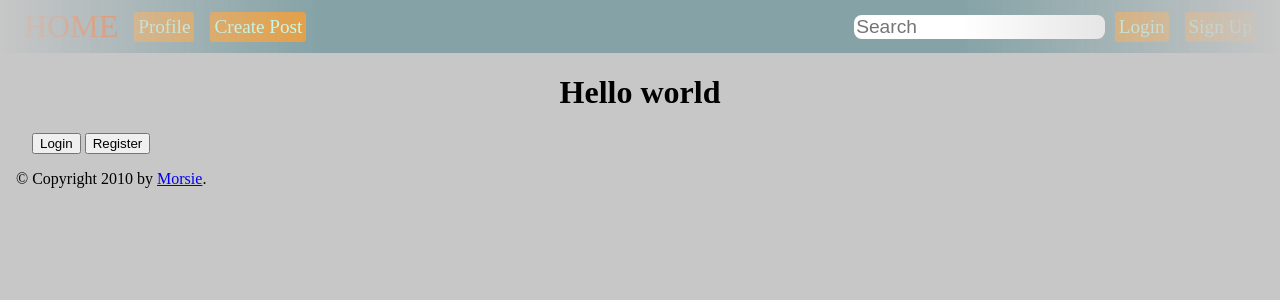
Repository: MorsChen/python-blog
Page: templates/home.html
The author's editor kept a copy of each file at every save. The page is drawn from the files as they stood at one save, then again after the next save.
The browser window is 1280 px wide. The pictures show the whole page.
The page is served by the project's application, run on Flask 3 (default.py). The template is opened directly, without the code that normally fills it, so the values that code supplies are empty.

Above is the page before, as saved 2019-09-09 17:18:34.

### templates/home.html
{% extends 'index.html' %}

{% block content %}
<h1 style="text-align:center"> Hello world </h1>

{% if not current_user.is_authenticated %}
{% for post in posts %}
<li> {{post.title}} || {{post.body}} || {{post.users.username}} || {{post.created}} || {{post.updated}}
</li>

{%endfor%}
<button type="button" onclick="window.location.href=`{{url_for('login')}}`"> Login</button>
<button type="button" onclick="window.location.href=`{{url_for('register')}}`"> Register</button>
{% else %}
<h3>{{current_user.username}}</h3>
{% for post in posts %}
<li> <a href="{{url_for('single_post', id = post.id)}}">{{post.title}}</a> || {{post.body}} || {{post.users.username}} || {{post.created}} || {{post.updated}}
    <button type='button' onclick = "window.location.href=`{{url_for('editpost', id = post.id)}}`">Edit Post</button>
    <button type='button' onclick = "window.location.href=`{{url_for('new_comment', id = post.id)}}`">Comment</button>
</li>
{%endfor%}
<button type="button" onclick="window.location.href=`{{url_for('newpost')}}`"> Create New Post</button>
<button type="button" onclick="window.location.href=`{{url_for('profile')}}`"> Profile</button>
<button type="button" onclick="window.location.href=`{{url_for('logout')}}`"> Log Out</button>
{% endif %}
{% endblock %}

### templates/index.html
<!doctype html>
<html id="  ">
  <head>
    {% block head %}
    <link rel="stylesheet" href="{{ url_for('static', filename='style.css') }}">
    <title>{% block title %}{% endblock %} - My Blog Webpage</title>
    {% endblock %}
  </head>
  <body>
      <nav class="NavBar">
        <div class="nav-box-content">
            <div class="nav-box1">
                <a class="a-nav" href="{{url_for('main')}}">HOME</a>
                <a class="btn" href="{{url_for('profile')}}">Profile</a>
                <a class="btn" href="{{url_for('newpost')}}">Create Post</a>
            </div>
            <div class="nav-box2">
                <input class="ip-nav" placeholder="Search" >
                <a class="btn" href="{{url_for('login')}}">Login</a>
                <a class="btn" href="{{url_for('register')}}">Sign Up</a>

            </div>
        </div>
      </nav>

      <div id="content">
          {% with messages = get_flashed_messages(with_categories=true) %}
          <!-- Categories: success (green), info (blue), warning (yellow), danger (red) -->
          {% if messages %}
            {% for category, message in messages %}
              <div class="alert alert-{{ category }} alert-dismissible" role="alert">
              <button type="button" class="close" data-dismiss="alert" aria-label="Close"><span aria-hidden="true">&times;</span></button>
              <!-- <strong>Title</strong> --> {{ message }}
              </div>
            {% endfor %}
          {% endif %}
        {% endwith %}

    <div id="content">{% block content %}{% endblock %}</div>
    <div id="footer">
      {% block footer %}
      &copy; Copyright 2010 by <a href="http://domain.invalid/">Morsie</a>.
      {% endblock %}
    </div>
  </body>
</html>

### default.py
import os
from flask import Flask, request, render_template, redirect, url_for, flash
from flask_migrate import Migrate
from flask_sqlalchemy import SQLAlchemy
from werkzeug.security import generate_password_hash, check_password_hash
from datetime import datetime
from flask_wtf import FlaskForm
from wtforms import StringField, SubmitField, PasswordField
from wtforms.validators import DataRequired, Email, EqualTo, ValidationError, Length
from flask_login import LoginManager, UserMixin, login_user, logout_user, current_user, login_required

#setting
app = Flask(__name__)
db = SQLAlchemy(app)
app.config['SECRET_KEY']="SUPERSECRET"

migrate = Migrate(app,db)

login_manager = LoginManager(app)
login_manager.init_app(app)
login_manager.login_view = 'login'


#setting connection
POSTGRES = {
    'user': "khoa",
    'pw': "zzz",
    'db': 'bloghehe',
    'host': "localhost",
    'port': 5432,
}
app.config['SQLALCHEMY_DATABASE_URI'] = 'postgresql://%(user)s:%(pw)s@%(host)s:\
%(port)s/%(db)s' % POSTGRES







#define models

class Users(UserMixin, db.Model):
  id = db.Column(db.Integer, primary_key=True)
  username = db.Column(db.String, nullable=False, unique=True)
  email = db.Column(db.String, nullable=False, unique=True)
  password = db.Column(db.String, nullable=False)
  posts = db.relationship("Posts", backref="users", lazy="dynamic")
  comments = db.relationship("Comments", backref="users", lazy="dynamic")

  def set_pass(self,passw):
    self.password =  generate_password_hash(passw)
  def check_pass(self,passw):
    return check_password_hash(self.password,passw)

class Posts(db.Model):
  id = db.Column(db.Integer, primary_key=True)
  title = db.Column(db.String, nullable=False)
  body = db.Column(db.String, nullable=False)
  created = db.Column(db.DateTime, nullable=False)
  updated = db.Column(db.DateTime)
  author =  db.Column(db.Integer, db.ForeignKey('users.id'), nullable=False)
  comments = db.relationship('Comments', backref="posts", lazy="dynamic")

class Comments(db.Model):
  id = db.Column(db.Integer, primary_key=True)
  body = db.Column(db.String, nullable=False)
  created = db.Column(db.DateTime, nullable=False)
  updated = db.Column(db.DateTime)
  author =  db.Column(db.Integer, db.ForeignKey('users.id'), nullable=False)
  post = db.Column(db.Integer, db.ForeignKey('posts.id'), nullable=False)

db.create_all()


@login_manager.user_loader
def load_user(user_id):
    return Users.query.get(user_id)



#define forms
class Register(FlaskForm):
  username = StringField("User Name", validators=[DataRequired("Please input your username"), Length(min=3, max=20, message="username must have at least 3 char and max 20 chars")])
  email = StringField("Email address", validators=[DataRequired(), Email("Please input an appropriate email address")])
  password = StringField("Password", validators=[DataRequired(), EqualTo("confirm")])
  confirm = StringField("Password", validators=[DataRequired()])
  submit = SubmitField("Register")

  def validate_username(self, field):
        if Users.query.filter_by(username=field.data).first() :
            raise ValidationError("Your username has been registered!!")
  def validate_email(self, field):
        if Users.query.filter_by(email=field.data).first() :
            raise ValidationError("Your email has been registered!!")


class Login(FlaskForm):
  email = StringField("Email address", validators=[DataRequired(), Email("Please input an appropriate email address")])
  password = PasswordField("Password", validators=[DataRequired()])
  submit = SubmitField("Login")

class NewPost(FlaskForm):
  title = StringField("Blog Title", validators=[DataRequired(), Length(min=3,max=255, message="min 3, max 255")])
  body = StringField("Content", validators=[DataRequired(), Length(min=3,max=10000, message="min 3, max 10000")])
  submit = SubmitField("Post")

class New_comment(FlaskForm):
  body = StringField("Comment content", validators=[DataRequired(), Length(min=3, max=1000, message="min 3, max 1000")])
  submit = SubmitField("Comment")

@app.route('/register', methods=['post','get'])
def register():
  form = Register()

  if request.method=="POST":
    if form.validate_on_submit():
      new_user = Users(username = form.username.data,
                        email = form.email.data,
                        )
      new_user.set_pass(form.password.data)
      db.session.add(new_user)
      db.session.commit()
      return redirect(url_for("home"))
    else:
      for field_name, errors in form.errors.items():
          flash(errors)
      return redirect((url_for('register')))
  return render_template('register.html', form = form)

@app.route('/login', methods=['post','get'])
def login():
  form = Login()
  if request.method == 'POST':
    check = Users.query.filter_by(email=form.email.data).first()
    if check :
      if check.check_pass(form.password.data):
        login_user(check)
        return redirect(url_for("home"))
    else:
      flash(["email address not exist"])
      return redirect(url_for('register'))
  return render_template('login.html', form = form)

@app.route('/logout')
@login_required
def logout():
  logout_user()
  return redirect(url_for('login'))

@app.route('/')
def home():
  posts = Posts.query.all()
  return render_template('index.html', posts = posts)


@app.route('/newpost', methods=['post', 'get'])
@login_required
def newpost():
  form = NewPost()
  if request.method == 'POST':
    new_post = Posts(title=form.title.data,
                    body=form.body.data,
                    created = datetime.now())
    current_user.posts.append(new_post)
    db.session.add(new_post)
    db.session.commit()
    return "ok"
  return render_template('newpost.html', form=form)

@app.route('/editpost/<id>', methods=['post','get'])
@login_required
def edit_post(id):
  form = NewPost()
  post = Posts.query.filter_by(id=id, author = current_user.id).first()
  if not post:
    flash([["you are not allowed to edit this post"]])
    return redirect(url_for("home"))
  else:
    if request.method == 'POST':
      post.title = form.title.data
      post.body = form.body.data
      post.updated = datetime.now()
      db.session.commit()
      return "ok"
      # return redirect(url_for('post'))
  return render_template('editpost.html', form = form )

@app.route('/delete_post/<id>', methods=['get'])
@login_required
def delete_post(id):
  post = Posts.query.filter_by(id=id, author=current_user.id).first()
  if post:
    db.session.delete(post)
    db.session.commit()
  else:
    flash(['You are not allowed to delete this post'])
  return redirect(url_for('home'))

@app.route('/single_post/<id>', methods=['get'])
def single_post(id):
  post = Posts.query.filter_by(id=id).first()  # 1 item
  comments = post.comments.all()  # a list
  return render_template('single_post.html', post = post, comments = comments)


@app.route('/posts/<id>/comments', methods=['POST','GET'])
def new_comment(id):
  form = New_comment()
  if request.method == 'POST':
    if form.validate_on_submit():
      post = Posts.query.filter_by(id=id).first()
      c = Comments(body=form.body.data,
                    created = datetime.now(),
                    # author = current_user.id,
                    )
      current_user.comments.append(c) # autho
      post.comments.append(c)      # post
      db.session.add(c)
      db.session.commit()
      return redirect(url_for('single_post', id=id))
    else:
      for field_name, errors in form.errors.items():
          flash(errors)
      return redirect((url_for('new_comment')))
  return render_template('new_comment.html', form = form)



@app.route('/khoa', methods=['get','options',"DELETE"])
def khoa():
  if request.method == "DELETE":
    return "KHOA IS COOL"
  return "NOPE"


if __name__ == "__main__":
  app.run(debug=True, port=5001)

### static/style.css
body{
    background-color: rgb(199, 199, 199);
    margin: 0;
}

.NavBar {
 /* background-color: rgb(255, 208, 0); */
 mask-image: linear-gradient(90deg, rgba(255, 255, 255, 0) 0%, #ffffff 25%, #ffffff 75%, rgba(255, 255, 255, 0) 100%);
}

.nav-box-content{
    display: flex;
    position: sticky;
    /* margin: 0.5rem; */
    justify-content: space-between;
    top: 0;
    padding: 0 1rem 0 1rem;
    text-align: center;
    align-items: center;
    align-content: center;
    background-color: rgba(70, 128, 136, 0.514);
    /* opacity: 0.5; */
    font-size: 3rem;
}

.nav-box1 {
    display: flex;
    text-align: center;
    align-items: center;
    align-content: center;
}

.nav-box2 {
    display: flex;
    text-align: center;
    align-items: center;
    align-content: center;
}

.a-nav {
    text-decoration: none;
    font-size: 2rem;
    color: rgb(255, 81, 0);
    margin: 0.5rem;
}

.ip-nav{
    border: none;
    font-size: 1.2rem;
    border-radius: 0.5rem;
    text-justify: center;
    margin: 0.1rem;
    padding:0,1rem;
    text-align: left;
}

.btn {
    border: none;
    text-decoration: none;
    border-radius: 0.2rem;
    background-color: rgb(228, 158, 67);
    text-align: center;
    text-justify: center;
    padding: 0.25rem;
    margin: 0.5rem;
    color: rgb(196, 255, 237);
    font-size: 1.2rem;
}

#content {
    margin: 1rem;
}

After the next save:
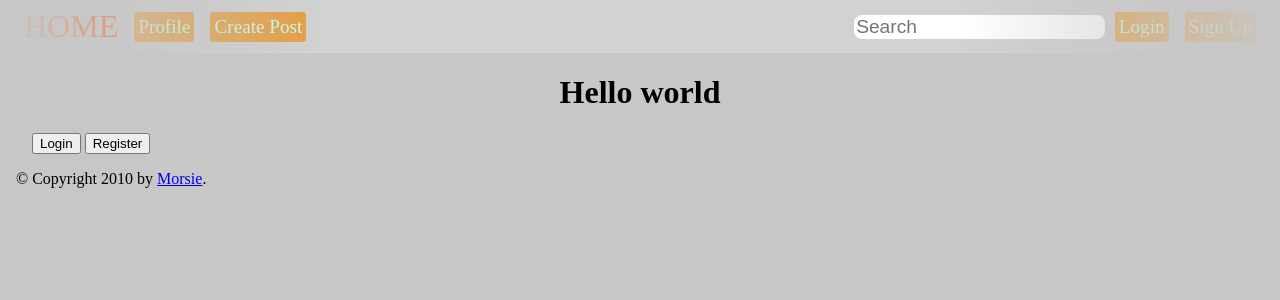
Saved 39 s later.
--- a/static/style.css
+++ b/static/style.css
@@ -21,6 +21,9 @@ body{
     background-color: rgba(70, 128, 136, 0.514);
     /* opacity: 0.5; */
     font-size: 3rem;
+    background: linear-gradient(90deg, rgba(255, 255, 255, 0) 0%, rgba(255, 255, 255, 0.2) 25%, rgba(255, 255, 255, 0.2) 75%, rgba(255, 255, 255, 0) 100%);
+
+    box-shadow: 0 0 25px rgba(0, 0, 0, 0.1), inset 0 0 1px rgba(255, 255, 255, 0.6);
 }
 
 .nav-box1 {
